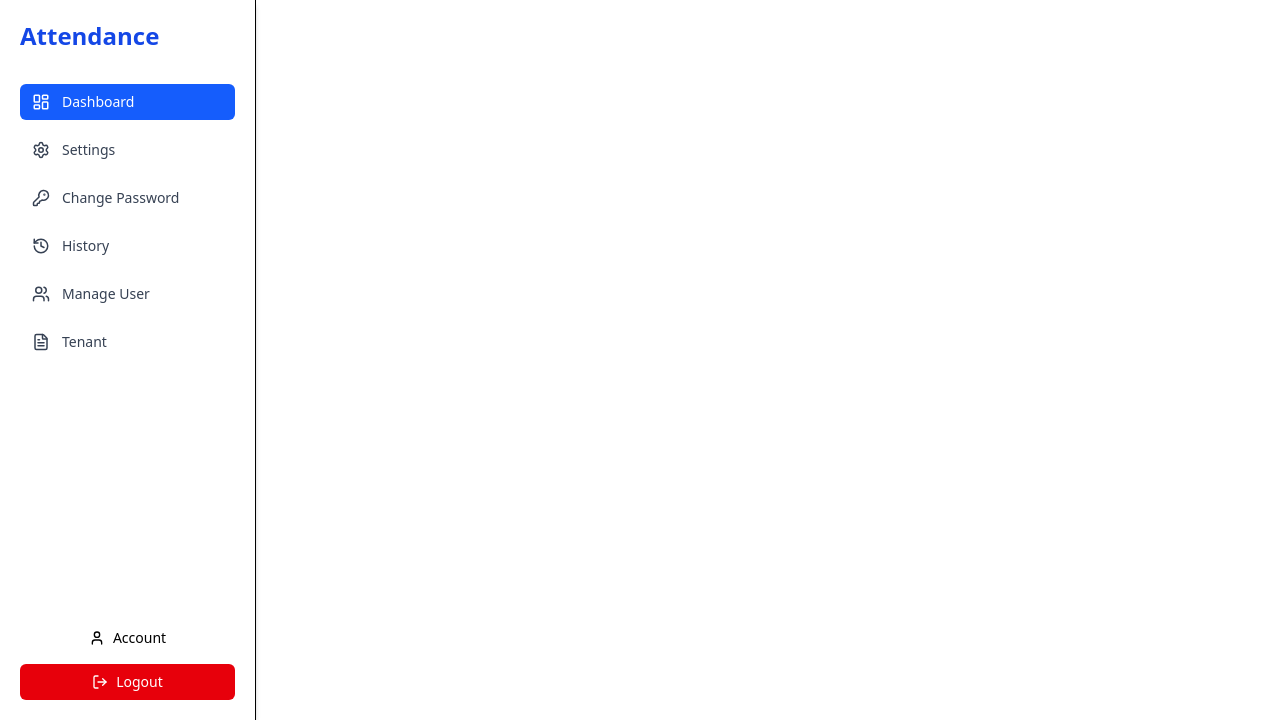
Repository: sushilaneupane/attendanceSystem
Page: /dashboard
An editor plug-in stored every save of this project. The page is shown before and after the next save, followed by the edit.
The browser window is 1280 px wide. The pictures show the whole page.
The project was rebuilt for these pictures with package versions that can differ from the ones it lists, and the page was loaded fresh each time. Also part of the build but not shown: vite.config.ts, src/components/ui/input.tsx, src/components/ui/label.tsx, src/components/ui/card.tsx, src/api/usersApi.ts, src/hooks/useUser.ts, src/pages/Login/index.tsx, src/pages/Register/index.tsx and 1 more.

Above is the page before, as saved 2025-11-05 13:28:36.

After the next save:
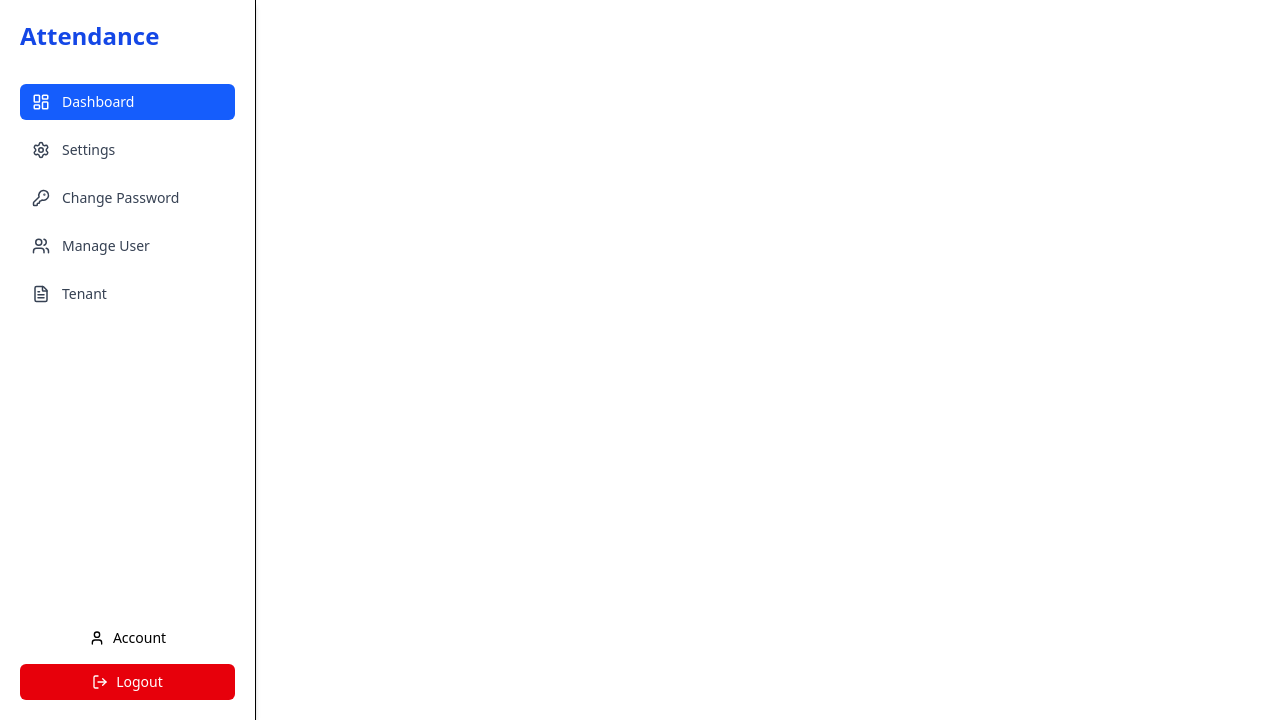
Saved 14 s later.
--- a/src/pages/admin/AdminDashboard.tsx
+++ b/src/pages/admin/AdminDashboard.tsx
@@ -31,7 +31,6 @@ export default function Dashboard() {
     { name: "Dashboard", path: "/dashboard", icon: <LayoutDashboard size={18} /> },
     { name: "Settings", path: "/settings", icon: <Settings size={18} /> },
     { name: "Change Password", path: "/change-password", icon: <KeyRound size={18} /> },
-    { name: "History", path: "/history", icon: <History size={18} /> },
     { name: "Manage User", path: "/user", icon: <Users size={18} /> },
     { name: "Tenant", path: "/tenant", icon: <FileText size={18} /> },
   ];
